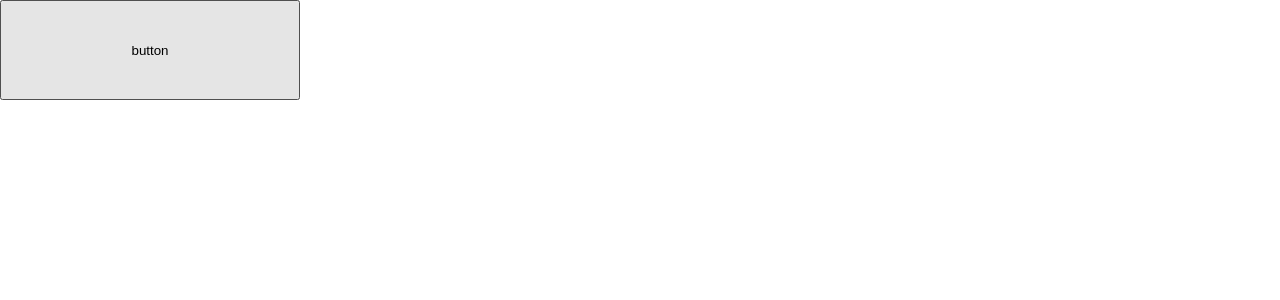
Repository: vyprodaica02/learning
Page: mouseMove/index.html
The author's editor kept a copy of each file at every save. The page is drawn from the files as they stood at one save, then again after a run of saves.
The browser window is 1280 px wide. The pictures show the whole page.

Above is the page before, as saved 2022-03-17 16:49:23.

After the next 2 saves:
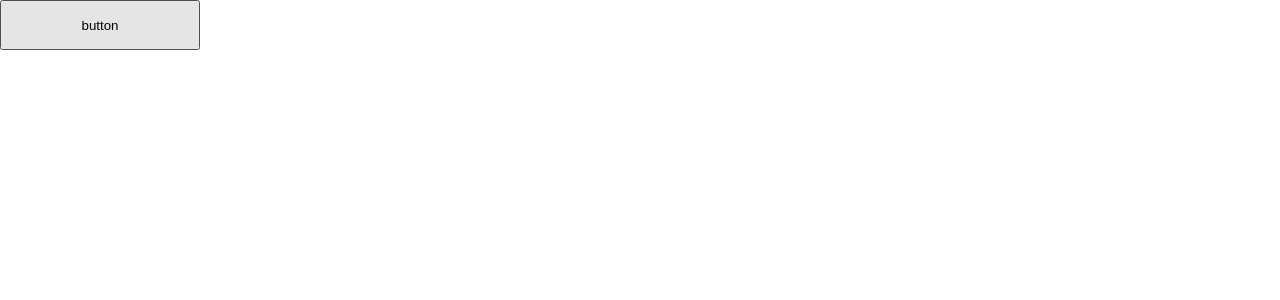
The 2 saves are shown as one change because they came seconds apart.
The last was saved 8 s later.
--- a/mouseMove/app.css
+++ b/mouseMove/app.css
@@ -1,4 +1,4 @@
 .btn{
-    width: 300px;
-    height: 100px;
+    width: 200px;
+    height: 50px;
 }
